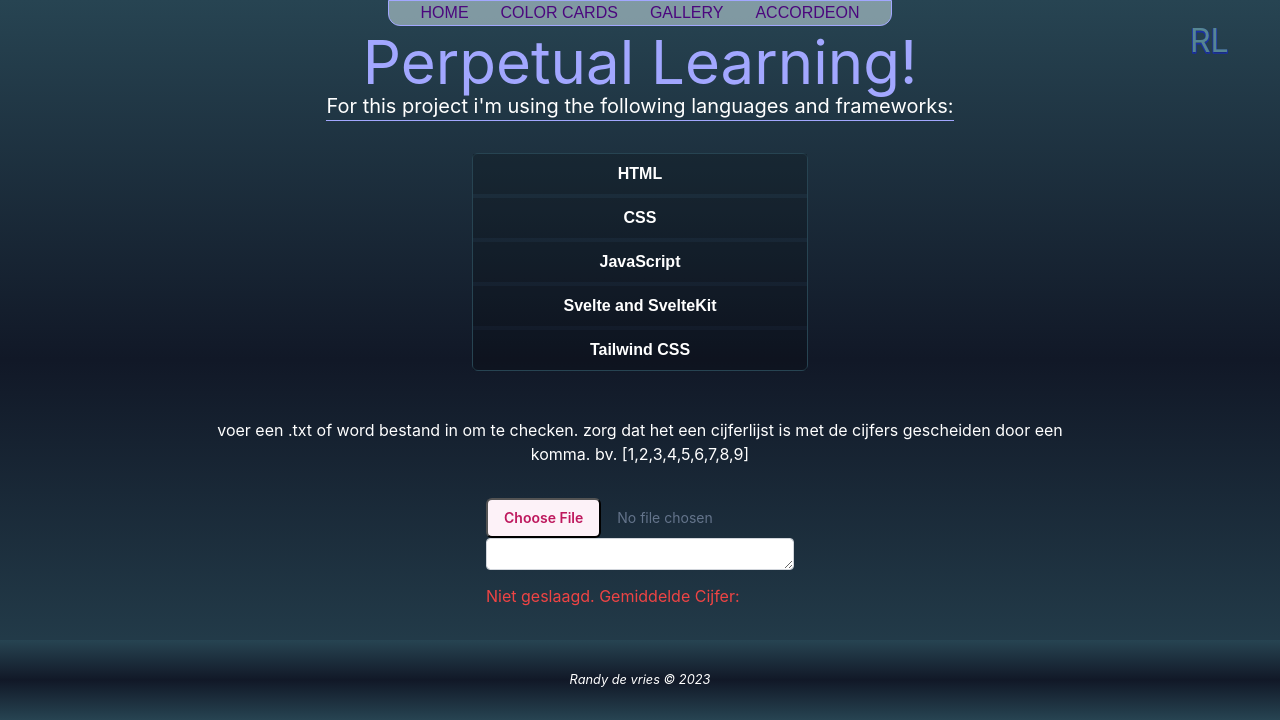
Repository: Freezler/svelte-app
Page: /links
The author's editor kept a copy of each file at every save. The page is drawn from the files as they stood at one save, then again after the next save.
The browser window is 1280 px wide. The pictures show the whole page.
The project was rebuilt for these pictures with package versions that can differ from the ones it lists, and the page was loaded fresh each time. The framework's server and built-in components were replaced by stand-ins that run in the browser. Also part of the build but not shown: svelte.config.js, vite.config.js.

Above is the page before, as saved 2023-11-12 11:43:58.

After the next save:
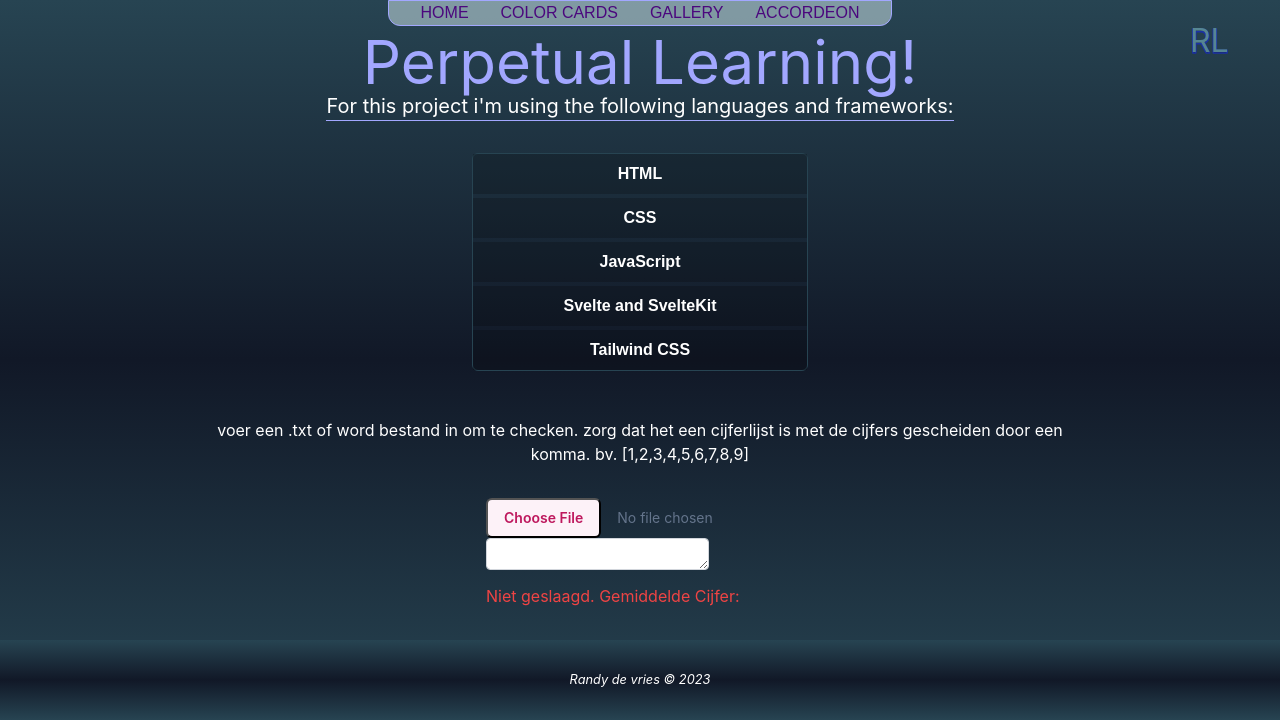
Saved 5 s later.
--- a/src/components/CijferlijstInput.svelte
+++ b/src/components/CijferlijstInput.svelte
@@ -41,7 +41,7 @@
 	on:change={handleFileInput}
 	class="block w-full text-sm text-slate-500 file:mr-4 file:py-2 file:px-4 file:rounded-md file:border-1 file:text-sm file:font-semibold file:bg-pink-50 file:text-pink-700 hover:file:bg-pink-100"
   />
-  <textarea bind:value={fileContent} class="w-full h-[2rem] w-[fit-content] border border-gray-300 rounded p-2"></textarea>
+  <textarea bind:value={fileContent} class=" h-[2rem] w-[fit-content] border border-gray-300 rounded p-2"></textarea>
 
   {#if isSuccess}
 	<h3 class="text-green-500 mt-2 mx-auto">Van harte gefeliciteerd, je bent geslaagd! Gemiddelde Cijfer: {gemiddeldeCijfer}</h3>
